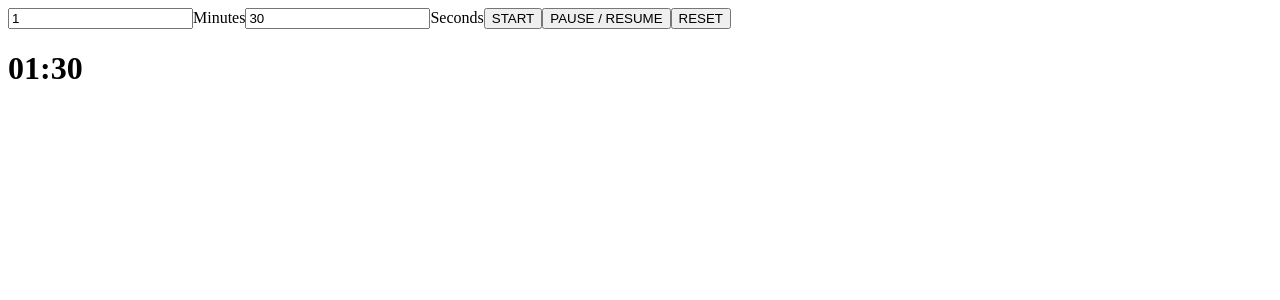
Repository: mariocapitbrok/set-interval-js-timer
Page: /
These files come from the project's save history. The page is drawn as it stood at one moment and after the next save; the edit follows.
The browser window is 1280 px wide. The pictures show the whole page.
The project was rebuilt for these pictures with package versions that can differ from the ones it lists, and the page was loaded fresh each time.

Above is the page before, as saved 2022-07-20 16:33:30.

### src/App.js
import React from 'react'
import Solution from './components/solution'

function App() {
  return (
    <>
      <Solution />
    </>
  )
}

export default App

### src/components/solution.jsx
import React, { Fragment, useState, useEffect } from 'react'

const calculateTime = prevSeconds => {
  const minutes = Math.floor(prevSeconds / 60)
  const seconds = prevSeconds - minutes * 60

  return { minutes, seconds }
}

const twoDigits = number => {
  return number < 10 ? '0' + number : String(number)
}

function Solution() {
  const [config, setConfig] = useState({
    minutes: 1,
    seconds: 30,
  })

  const [time, setTime] = useState(null)
  const [minutes, setMinutes] = useState(0)
  const [seconds, setSeconds] = useState(0)

  const [timerId, setTimerId] = useState(null)
  const [start, setStart] = useState(false)
  const [pause, setPause] = useState(false)
  const [stop, setStop] = useState(false)

  const countDown = () => {
    setTime(time => {
      while (time > 0) {
        return time - 1
      }
      return null
    })

    if (time === 0) {
      clearInterval(timerId)
      setTimerId(null)
      setStart(false)
      setStop(true)
      setTime(0)
      return
    }
  }

  const setTimer = () => {
    const newTimerId = setInterval(countDown, 100)
    return newTimerId
  }

  useEffect(() => {
    const newTime = config.minutes * 60 + config.seconds
    setTime(newTime)
    setTimerId(setTimer())
    // eslint-disable-next-line react-hooks/exhaustive-deps
  }, [])

  useEffect(() => {
    setMinutes(calculateTime(time).minutes)
    setSeconds(calculateTime(time).seconds)

    if (minutes === 0 && seconds === 0) {
      if (timerId) stopTimer()
    }
    // eslint-disable-next-line react-hooks/exhaustive-deps
  }, [time])

  const differentValues = () => {
    return config.minutes !== minutes && config.seconds !== seconds
  }

  const startTimer = () => {
    if (differentValues()) {
      /* resetTimer()
      setTimerId(setTimer()) */
      console.log('different values')
    }

    if (start && !stop) return

    if (minutes === 0 && seconds === 0) resetTimer()

    if (timerId) setTimerId(setTimer())

    setStart(true)
    setStop(false)
  }

  const pauseTimer = () => {
    if (!time) return
    if (!stop) stopTimer()
    if (!start) startTimer()

    setPause(!pause)
  }

  const resetTimer = () => {
    stopTimer()

    const newTime = config.minutes * 60 + config.seconds
    setTime(newTime)

    setMinutes(config.minutes)
    setSeconds(config.seconds)
    return
  }

  const stopTimer = () => {
    if (timerId) clearInterval(timerId)

    setStop(true)
    setStart(false)
  }

  return (
    <Fragment>
      <label>
        <input
          type="number"
          onChange={({ target }) =>
            setConfig({ ...config, minutes: Number(target.value) })
          }
          value={config.minutes}
        />
        Minutes
      </label>
      <label>
        <input
          type="number"
          onChange={({ target }) =>
            setConfig({ ...config, seconds: Number(target.value) })
          }
          value={config.seconds}
        />
        Seconds
      </label>

      <button onClick={startTimer}>START</button>
      <button onClick={pauseTimer}>PAUSE / RESUME</button>
      <button onClick={resetTimer}>RESET</button>

      <h1 data-testid="running-clock">{`${twoDigits(minutes)}:${twoDigits(
        seconds
      )}`}</h1>
    </Fragment>
  )
}

export default Solution

Loaded but not shown: public/index.html (common file); src/index.js (common file)

After the next save:
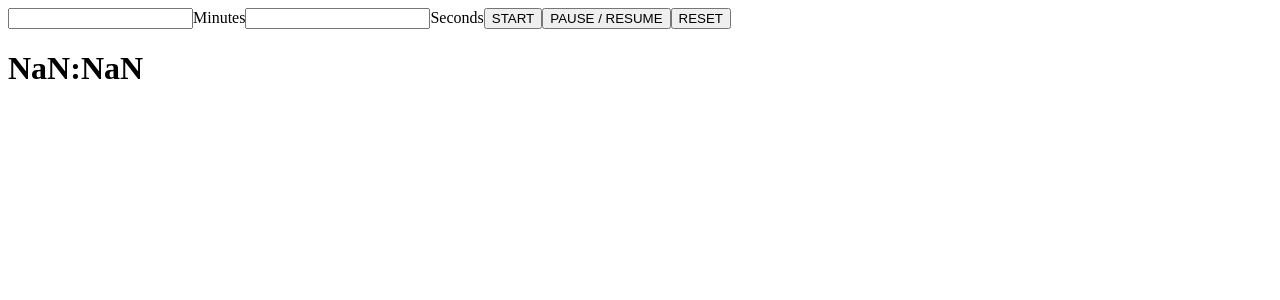
Saved 5 min 59 s later.
--- a/src/components/solution.jsx
+++ b/src/components/solution.jsx
@@ -12,10 +12,11 @@ const twoDigits = number => {
 }
 
 function Solution() {
-  const [config, setConfig] = useState({
-    minutes: 1,
-    seconds: 30,
-  })
+  const [config, setConfig] = useState([
+    { minutes: 0, seconds: 0 },
+    { minutes: 0, seconds: 30 },
+    { minutes: 1, seconds: 30 },
+  ])
 
   const [time, setTime] = useState(null)
   const [minutes, setMinutes] = useState(0)
